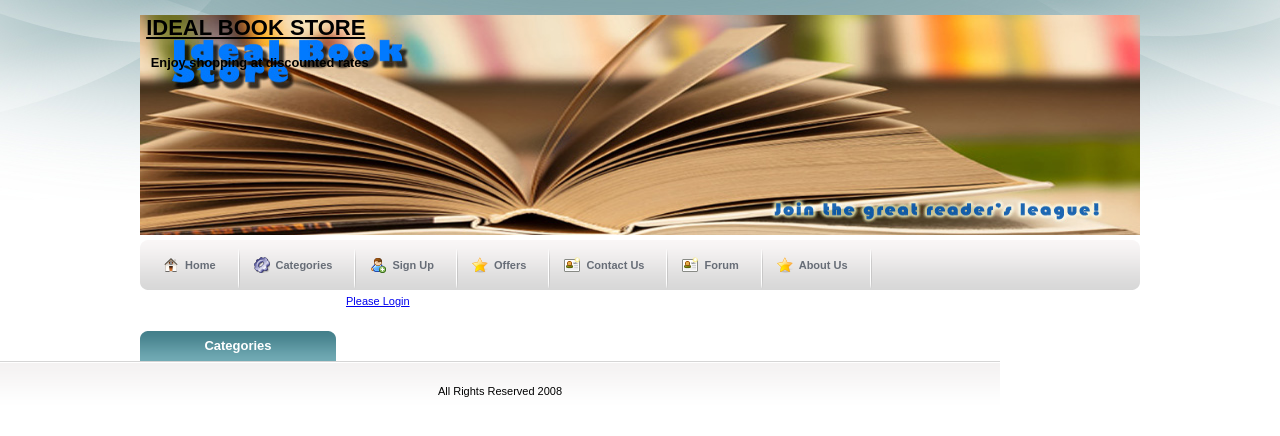
Repository: tusharjain887/Online-Book-Sales
Page: http://localhost/OnlineBook/create_thread.jsp
These files come from the project's save history. The page is drawn as it stood at one moment and after the next save; the edit follows.
The browser window is 1280 px wide. The pictures show the whole page.
The page is served by Tomcat 9. Queries for data that is not in the repository find no rows.

Above is the page before, as saved 2013-04-09 10:23:09.

### PROJECT/workspace/workspace/OnlineBook/WebContent/create_thread.jsp
<%@ page import="java.sql.*"%>
<%@ page import="java.io.*"%>
<%@ page import="java.util.*"%>
<%@ page import="java.lang.*"%>
<!DOCTYPE html PUBLIC "-//W3C//DTD XHTML 1.0 Transitional//EN" "http://www.w3.org/TR/xhtml1/DTD/xhtml1-transitional.dtd">
<html xmlns="http://www.w3.org/1999/xhtml">
<head>
<title>Categories</title>
<meta http-equiv="Content-Type" content="text/html; charset=windows-1252" />
<link rel="stylesheet" type="text/css" href="style.css" />
<!--[if IE 6]>
<link rel="stylesheet" type="text/css" href="iecss.css" />
<![endif]-->
<script type="text/javascript" src="js/boxOver.js"></script>
</head>
<body>
<div id="main_container">

  <div id="header">
  <div class="logout">
 <%  Object c=session.getAttribute("username");
if(c!=null)
	{
	out.print("Welcome  " +session.getAttribute("username").toString());
	%>
	&nbsp<a href='myprofile.jsp'>Profile</a>
	&nbsp<a href='logout.jsp'>Logout</a>
	<%
	}
	%>
	</div>
	<div class="leftcontent"><h1>&nbsp<u>IDEAL BOOK STORE</u></h1></div>
    <div class="leftdowncontent"><h3>&nbsp&nbsp&nbspEnjoy shopping at discounted rates</h3></div>

  </div>

  <div id="main_content">
    <div id="menu_tab">
      <div class="left_menu_corner"></div>
      <ul class="menu">
        <li><a href="index.jsp" class="nav1"> Home</a></li>
        <li class="divider"></li>
        <li><a href="categories.jsp" class="nav2">Categories</a></li>
        <li class="divider"></li>
        <%
        if(c==null)
        {
        %><li><a href="registration.html" class="nav4">Sign Up</a></li>
        <li class="divider"></li>
        <%
        }
        %>
        <li><a href="news.jsp" class="nav3">Offers</a></li>
        <li class="divider"></li>
        <li><a href="contact.jsp" class="nav6">Contact Us</a></li>
        <li class="divider"></li>
        <li><a href="forum.jsp" class="nav6">Forum</a></li>
        <li class="divider"></li>
        <li><a href="aboutus.jsp" class="nav3">About Us</a></li>
        <li class="divider"></li>

      </ul>
      <div class="right_menu_corner"></div>
    </div>
    <!-- end of menu tab -->
    <div class="left_content">
     <br><br><br>
      <div class="title_box">Categories</div>
      <ul class="left_menu">
      <%
      try{
    	  Class.forName("com.ibm.db2.jcc.DB2Driver").newInstance();
	Connection Conn8=DriverManager.getConnection("jdbc:db2://localhost:50000/BOOKS","Rakesh","Rakesh");
	PreparedStatement ps8=Conn8.prepareStatement("SELECT CAT_ID,CAT_NAME FROM CATEGORY");
	ResultSet rs8=ps8.executeQuery();
	while(rs8.next())
    {
		String name=rs8.getString(2);
 	%>
        <li class="even"><%out.println("<a href='viewcategory.jsp?cat_id="+rs8.getString(1)+"'>"+name+"</a>");%></li>
        <%
        }
        %>
      </ul>
      <%
      PreparedStatement ps9=Conn8.prepareStatement("SELECT IMAGEURL FROM ADVERTISEMENT ORDER BY AD_ID DESC LIMIT 0,3");
	ResultSet rs9=ps9.executeQuery();
	while(rs9.next())
    {
		%>
      <div class="banner_adds"><br><br><br> <%out.println("<img src='C:/Uploaded Images/"+rs9.getString(1)+"'></img>");%> </div>
      <%
      }
	ps8.close();
	ps9.close();
	Conn8.close();
      }
      catch(Exception ex){
  	    out.println(ex);
  	}
      %>
    </div>
      </div>


    <!-- end of left content -->
    <div class="center_content">
    <%
        if(c!=null)
        {
        %>
      <div class="center_title_bar">Create Thread</div>
<table width="600" border="0" align="center" cellpadding="0" cellspacing="1" bgcolor="#CCCCCC">
<tr>
<form id="form1" name="form1" method="post" action="add_thread.jsp" onsubmit="return validateForm()">
<td>
<table width="100%" border="0" cellpadding="3" cellspacing="1" bgcolor="#FFFFFF">
<tr>
<td colspan="3" bgcolor="#E6E6E6"><strong>Create New Thread</strong> </td>
</tr>
<tr>
<td width="14%"><strong>Name</strong></td>
<td width="2%">:</td>
<td width="84%"><br><br><textarea name="threadname" cols="50" rows="3" id="topic"></textarea><br><br></td>
</tr>
<tr>
<td></td>
<td></td>
<td><input type="submit" name="Submit" value="Submit" /> <input type="reset" name="Submit2" value="Reset" /></td>
</tr>
</table>
</td>
</form>
</tr>
</table>
<%
      }
      else
       out.println("<a href='index.jsp'>Please Login</a>");
       %>
    </div>
    <!-- end of center content -->
    <div class="right_content">
     <br><br>
     <%
    if(c!=null)
    {
    	%>
    	<div class="shopping_cart">
        <div class="cart_title">Shopping cart</div>
        <%
        try{
        	Class.forName("com.ibm.db2.jcc.DB2Driver").newInstance();
            Connection Conn1=DriverManager.getConnection("jdbc:db2://localhost:50000/BOOKS","Rakesh","Rakesh");
            Connection Conn2=DriverManager.getConnection("jdbc:db2://localhost:50000/BOOKS","Rakesh","Rakesh");
        PreparedStatement ps1=Conn1.prepareStatement("SELECT sum(s.quantity)FROM TEMP s");
        PreparedStatement ps2=Conn2.prepareStatement("SELECT sum(s.quantity * s.cost)FROM TEMP s");
        ResultSet rs1=ps1.executeQuery();
        ResultSet rs2=ps2.executeQuery();
        while(rs1.next())
        {
        	String value=rs1.getString(1);
        	if(value==null)
        	{value="0";}
    		%>
        <div class="cart_details"><%out.println(value);%> items <br />
      <%
    }
        while(rs2.next())
        {
    		String value=rs2.getString(1);
        	if(value==null)
        	{value="0";}
    		%>
          <span class="border_cart"></span> Total: <span class="price"><%out.println(value);%></span> </div>
      <%
    }
	ps1.close();
	Conn1.close();
	ps2.close();
	Conn2.close();
	}
	catch(Exception ex){
	    out.println(ex);
	}

      %>



        <div class="cart_icon"><a href="view_cart.jsp" title="header=[Checkout] body=[&nbsp;] fade=[on]"><img src="images/shoppingcart.png" alt="" width="48" height="48" border="0" /></a></div>
        </div>
     <%
     }
     %>
     <br><br>
     <center>

        <%
        Connection Conn10=DriverManager.getConnection("jdbc:db2://localhost:50000/BOOKS","Rakesh","Rakesh");
      PreparedStatement ps10=Conn10.prepareStatement("SELECT IMAGEURL FROM ADVERTISEMENT ORDER BY AD_ID DESC LIMIT 3,6");
	ResultSet rs10=ps10.executeQuery();
	while(rs10.next())
    {
		%>
      <div class="banner_adds"><br><br><br> <%out.println("<img src='C:/Uploaded Images/"+rs10.getString(1)+"'></img>");%> </div>
      <%
      }
	ps10.close();
	Conn10.close();
      %>
    </div>
    <!-- end of right content -->
  </div>
  <!-- end of main content -->
  <div class="footer">
    <br><br>
    <center> All Rights Reserved 2008</center>
      </div>

<!-- end of main_container -->
</body>
</html>

### PROJECT/workspace/workspace/OnlineBook/WebContent/style.css
body
{
background:url(images/bg.jpg) no-repeat #fff center top;
padding:0;
font-family:Arial, Helvetica, sans-serif;
font-size:11px;
margin:0px auto auto auto;
color:#000;
}
p{
padding:2px;
margin:0px;
}
#main_container{
width:1000px;
height:auto;
margin:auto;
padding:0px;
}
.top_bar{
width:1000px;
height:38px;
background-color:#4a4a4a;
}
.top_search{
width:370px;
height:32px;
margin:0px 20px 0 0;
_margin:0px 10px 0 0;
float:right;
background:url(images/top_search_bg.gif) no-repeat center;
}
input.search_input{
width:182px;
height:18px;
float:left;
margin:5px 0 0 0 ;
border:1px solid #dbdbdb;
border-bottom-color:#ffffff;
border-right-color:#ffffff;
}
.search_text{
float:left;
width:110px;
padding:8px 0 0 15px;
color:#999999;
}
.search_text a{
text-decoration:none;
color:#999999;
}
.search_bt{
float:left;
padding:2px 0 0 15px;
}
.languages{
float:right;
width:150px;
padding:8px 0 0 0;
}
.lang_text{
float:left;
padding:0 5px 0 0;
color:#b3adad;
}
a.lang{
display:block;
float:left;
padding:0 5px 0 5px;
}
#header{
width:1000px;
height:220px;
background:url(images/book4.jpg) no-repeat center;
background-position:0px 0px;
background-size:1000px 220px;
margin=0;
}
.logout{
	float:right;
	font-size:14px;
	color: green;
	font-weight: bold;
}
.logout a,.logout a:hover {
	color: B13052;
}

}
#logo{
padding:15px;
}
#templatemo_header {
	clear: both;
	width: 1000px;
	height: 200px;
	padding: 0;
	margin: 0;
	background: url(images/templatemo_header_bg.jpg) no-repeat;
}

#templatemo_header a,a:hover {
	color: #000;
}

#templatemo_header #templatemo_special_offers {
	float: left;
	font-size: 14px;
	margin-top: 95px;
	margin-left: 490px;
	width: 180px;
}

#templatemo_special_offers a {
	font-size: 12px;
}

#templatemo_special_offers  p {
	margin: 0 0 20px 0;
}
#templatemo_special_offers p span {
	font-size: 18px;
}

#templatemo_header #templatemo_new_books {
	float: left;
	margin-top: 90px;
	margin-left: 55px;
	width: 180px;
}

#templatemo_new_books ul {
	 margin: 0 0 10px 0;
	 padding: 0 0 0 20px;
}

#templatemo_new_books li {
	 margin: 0;
	 padding: 0;
}

/*------------------------------oferte_content-----------------------*/
.oferte_content{
width:600px;
height:264px;
float:left;
padding:0 0 0 50px;
}
.top_divider{
float:left;
width:1px;
height:164px;
}
.oferta{
width:538px;
float:left;
padding:15px 30px 0 30px;
}
.oferta_img{
float:left;
padding:0 0 10px 0;
}
.oferta_title{
font-size:15px;
color:#b72c24;
font-weight:bold;
}
.oferta_details{
width:400px;
float:left;
padding:0 0 0 30px;
}
.oferta_text{
padding:5px 0 5px 0;
font-size:12px;
color:#FFFFFF;
text-align:justify;
line-height:15px;
}
a.details{
width:83px;
height:21px;
display:block;
float:right;
margin:5px 0 0 0;
padding-left:5px;
background:url(images/details_bt_bg.gif) no-repeat center;
text-align:center;
line-height:21px;
text-decoration:none;
color:#000000;
}
/*---------------------oferta_pagination-----------------------------*/

div.oferta_pagination {
clear:both;
padding:10px 0 0 0;
_padding:0px 0 0 0;
margin:5px;
text-align:center;
float:left;
font-size:10px;
}

div.oferta_pagination a {
width:22px;
height:22px;
display:block;
float:left;
margin:0 0 0 5px;
_margin:0 0 0 3px;
line-height:23px;
text-align:center;
background:url(images/pag_bg.gif) no-repeat center;
text-decoration:none;
color:#9d8b8b;
}
div.oferta_pagination a:hover, div.pagination a:active {
width:22px;
height:22px;
display:block;
float:left;
line-height:23px;
text-align:center;
background:url(images/pag_bg_a.gif) no-repeat center;
text-decoration:none;
color:#ad1614;
}
div.oferta_pagination span.current {
width:22px;
height:22px;
display:block;
float:left;
line-height:23px;
text-align:center;
background:url(images/pag_bg_a.gif) no-repeat center;
text-decoration:none;
color:#ad1614;
}
#main_content{
clear:both;
}
/*---------------- menu tab----------------------*/
#menu_tab{
width:1000px;
height:50px;
background-color:#fff;
margin-top:5px;
}
.left_menu_corner{
width:9px;
height:50px;
float:left;
background:url(images/menu_left.gif) no-repeat center;
}
.right_menu_corner{
width:9px;
height:50px;
float:left;
background:url(images/menu_right.gif) no-repeat center;
}
ul.menu {
list-style-type:none; float:left; display:block; width:982px;
margin:0px; padding:0px;background:url(images/menu_bg.gif) repeat-x;}

ul.menu li {
display:inline;
font-size:11px;
font-weight:bold;
line-height:50px;
}
ul.menu li.divider {
display:inline;
width:2px;
height:50px;
float:left;
background:url(images/menu_divider.gif) no-repeat center;
}

a.nav1:link, a.nav1:visited {
display:block; float:left; padding:0px 8px 0px 22px; margin:0 14px 0 14px;height:50px;text-decoration:none; background:url(images/home.png) no-repeat left; color:#676d77;}
a.nav2:link, a.nav2:visited {
display:block; float:left; padding:0px 8px 0px 22px; margin:0 14px 0 14px;height:50px;text-decoration:none; background:url(images/services.png) no-repeat left; color:#676d77;}
a.nav3:link, a.nav3:visited {
display:block; float:left; padding:0px 8px 0px 22px; margin:0 14px 0 14px;height:50px;text-decoration:none; background:url(images/favs.png) no-repeat left; color:#676d77;}
a.nav4:link, a.nav4:visited {
display:block; float:left; padding:0px 8px 0px 22px; margin:0 14px 0 14px;height:50px;text-decoration:none; background:url(images/user_add.png) no-repeat left; color:#676d77;}
a.nav5:link, a.nav5:visited {
display:block; float:left; padding:0px 8px 0px 22px; margin:0 14px 0 14px;height:50px;text-decoration:none; background:url(images/car.png) no-repeat left; color:#676d77;}
a.nav6:link, a.nav6:visited {
display:block; float:left; padding:0px 8px 0px 22px; margin:0 14px 0 14px;height:50px;text-decoration:none; background:url(images/contact-new.png) no-repeat left; color:#676d77;}

a.nav1:hover, a.nav2:hover, a.nav3:hover, a.nav4:hover, a.nav5:hover, a.nav6:hover {
color:#333333;}


li.currencies{
width:180px;
float:left;
padding:0 0 0 15px;
_padding:12px 0 0 15px;
color:#676d77;
font-size:11px;
font-weight:bold;
}
/*----------------crumb_navigation-------------*/
.crumb_navigation{
width:980px;
height:15px;
padding:5px 10px 0 20px;
color:#333333;
background:url(images/navbullet.png) no-repeat left;
background-position:5px 6px;
}
.crumb_navigation a{
color:#0fa0dd;
text-decoration:underline;
}
span.current{
color:#0fa0dd;
}

/*-------------left_content------------------*/
.left_content{
width:196px;
float:left;
}
.title_box{
width:196px;
height:30px;
margin:5px 0 0 0;
background:url(images/menu_title_bg.gif) no-repeat center;
text-align:center;
font-size:13px;
font-weight:bold;
color:#fff;
line-height:30px;
}
/*--------left menu---------*/
ul.left_menu{
width:196px;
padding:0px;
margin:0px;
list-style:none;
}
ul.left_menu li{
margin:0px;
list-style:none;
}
ul.left_menu li.odd a{
width:166px;height:25px;display:block;background:url(images/checked.png) no-repeat left #dad0d0; background-position:5px 5px;border-bottom:1px #FFFFFF solid;
text-decoration:none;color:#504b4b;padding:0 0 0 30px; line-height:25px;
}
ul.left_menu li.even a{
width:166px;height:25px;display:block;background:url(images/checked.png) no-repeat left #eee6e6;background-position:5px 5px;border-bottom:1px #FFFFFF solid;
text-decoration:none;color:#504b4b;padding:0 0 0 30px; line-height:25px;
}
ul.left_menu li.even a:hover, ul.left_menu li.odd a:hover{
background:url(images/checked.png) no-repeat left #7bbcc7; color:#FFFFFF;background-position:5px 5px;
}

.border_box{
width:194px;
height:auto;
text-align:center;
border:1px #6da6b1 solid;
}
.product_title{
color:#ea2222;
padding:5px 0 5px 0;
font-weight:bold;
}
.product_title a{
text-decoration:none;
color:#ea2222;
padding:5px 0 5px 0;
font-weight:bold;
}
.product_title a:hover{
color:#064E5A;
}
.product_img{
padding:5px 0 5px 0;
}
.prod_price{
padding:5px 0 5px 0;
}
span.reduce{
color:#ea2222;
text-decoration:line-through;
}
span.price{
color:#ea2222;
}
/*----------newsletter--------------*/
input.newsletter_input{
width:160px;
height:16px;
border:1px #ddd9d9 solid;
margin:10px 0 5px 0;
font-size:12px;
padding:3px;
color:#999999;
}
a.join{
width:17px;
display:block;
margin:5px 0 5px 140px;
_margin:5px 0 5px 130px;
background:url(images/blue-add.png) no-repeat left;
padding:0 0 0 20px;
text-decoration:none;
color:#1c4a52;
}
.banner_adds{
width:194px;
text-align:center;
padding:10px 0 10px 0;
}

/*center content--------------------------*/
.center_content{
width:585px;
float:left;
padding:5px 10px;
}
.center_title_bar{
width:520px;
height:33px;
float:left;
padding:0 0 0 40px;
margin:0 0 0 12px;
_margin:0 0 0 6px;
line-height:33px;
font-size:12px;
color:#847676;
font-weight:bold;
background:url(images/bar_bg.gif) no-repeat center;
}

/*----------------------right content--------------*/
.right_content{
width:196px;
float:left;
padding:5px 0 0 0;
}
.shopping_cart{
width:195px;
height:84px;
text-align:center;
background:url(images/cart_bg.gif) no-repeat center;
}
.cart_title{
font-size:12px;
font-size:12px;
color:#847676;
font-weight:bold;
padding:8px 0 0 0;
}
.cart_details{
width:115px;
float:left;
padding:5px 0 0 15px;
text-align:left;
}
.cart_icon{
float:left;
padding:5px 0 0 5px;
}
span.border_cart{
width:100px;
height:1px;
margin:3px 0 3px 0;
display:block;
border-top:1px #999999 dashed;
}
/*---------prod_box----------*/
.prod_box{
width:173px;
height:auto;
float:left;
padding:10px 10px 10px 11px;
}
.top_prod_box{
width:173px;height:12px;background:url(images/product_box_top.gif) no-repeat center bottom;float:left; padding:0px; margin:0px;
}
.bottom_prod_box{
width:173px;height:10px;background:url(images/product_box_bottom.gif) no-repeat center top;float:left;padding:0px; margin:0px;
}
.center_prod_box{
width:173px;height: auto;background:url(images/product_box_center.gif) repeat-y;float:left; text-align:center;padding:0px; margin:0px;
}
.prod_details_tab{
width:173px;
height:31px;
float:left;
background:url(images/products_details_bg.gif) no-repeat center;
margin:3px 0 0 0;
}
img.left_bt{
float:left;
padding:6px 0 0 6px;
}
a.prod_details{
width:25px;
display:block;
float:left;
background:url(images/square-blue-add.gif) no-repeat left;
padding:0 0 0 20px;
margin:7px 0 0 38px;
_margin:6px 0 0 35px;
text-decoration:none;
color:#0fa0dd;
}
/*---------prod_box_big----------*/
.prod_box_big{
width:554px;
height:auto;
float:left;
padding:10px 10px 10px 15px;
}
.top_prod_box_big{
width:554px;height:12px;background:url(images/details_box_top.gif) no-repeat center bottom;float:left; padding:0px; margin:0px;
}
.bottom_prod_box_big{
width:554px;height:12px;background:url(images/details_box_bottom.gif) no-repeat center top;float:left;padding:0px; margin:0px;
}
.center_prod_box_big{
width:554px;height: auto;background:url(images/details_box_center.gif) repeat-y;float:left; text-align:center;padding:0px; margin:0px;
}
.product_img_big{
width:170px;
padding:5px 0 5px 10px;
float:left;
}
.details_big_box{
width:345px;
float:left;
padding:0 0 0 15px;
text-align:left;
}
.product_title_big{
color:#ea2222;
padding:5px 0 5px 0;
font-weight:bold;
font-size:14px;
}
.specifications{
font-size:12px;
font-weight:bold;
line-height:18px;
}
.thumbs{
padding:8px 5px 8px 5px;
border:1px #DFD1D1 solid;
margin:3px 0 0 0;
}
.thumbs a{
padding:3px;
}
.prod_price_big{
padding:5px 0 5px 0;
font-size:16px;
}
span.reduce{
color:#ea2222;

}
span.price{
color:#ea2222;
}
a.addtocart{
width:76px;
height:27px;
display:block;
float:left;
background:url(images/addtocart.gif) no-repeat left;
padding:0 0 0 33px;
text-decoration:none;
line-height:27px;
color:#1c4a52;
}
a.compare{
width:76px;
height:27px;
display:block;
float:left;
margin:0 0 0 10px;
background:url(images/compare.gif) no-repeat left;
padding:0 0 0 33px;
text-decoration:none;
line-height:27px;
color:#1c4a52;
}
span.blue{
color:#5F9FAB;
}
/*---------------contact_form------------------*/
.contact_form{
width:355px;
float:left;
padding:0px 0 0 75px;
}
.form_row{
width:335px;
clear:both;
padding:10px 0 10px 0;
_padding:5px 0 5px 0;
color:#a53d17;
}
label.contact{
width:75px;
float:left;
font-size:12px;
text-align:right;
padding:4px 5px 0 0;
color: #333333;
}
input.contact_input{
width:253px;
height:18px;
background-color:#fff;
color:#999999;
border:1px #DFDFDF solid;
float:left;
}
textarea.contact_textarea{
width:253px;
height:50px;
font-family:Arial, Helvetica, sans-serif;
font-size:12px;
color: #999999;
background-color:#fff;
border:1px #DFDFDF solid;
float:left;
}
a.contact{
width:99px;
height:27px;
display:block;
float:right;
margin:0 0 0 10px;
background:url(images/contact_bt.gif) no-repeat left;
padding:0 0 0 10px;
text-decoration:none;
line-height:27px;
color:#1c4a52;
}
/*--------------footer----------------*/
.footer{
width:1000px;
clear:both;
height:65px;
background:url(images/footer_bg.gif) repeat-x top;
}
.left_footer{
float:left;
width:300px;
padding:5px 0 0 10px;
}
.right_footer{
float:right;
padding:15px 30px 0 0;
}
.right_footer a{
padding:0 0 0 7px;
text-decoration:none;
color: #666666;
}
.right_footer a:hover{
text-decoration:underline;
}

.center_footer{
float:left;
width:200px;
text-align:center;
color:#666666;
padding:10px 0 0 60px;
}

Loaded but not shown: PROJECT/workspace/workspace/OnlineBook/WebContent/js/boxOver.js (369 lines, source omitted)

After the next save:
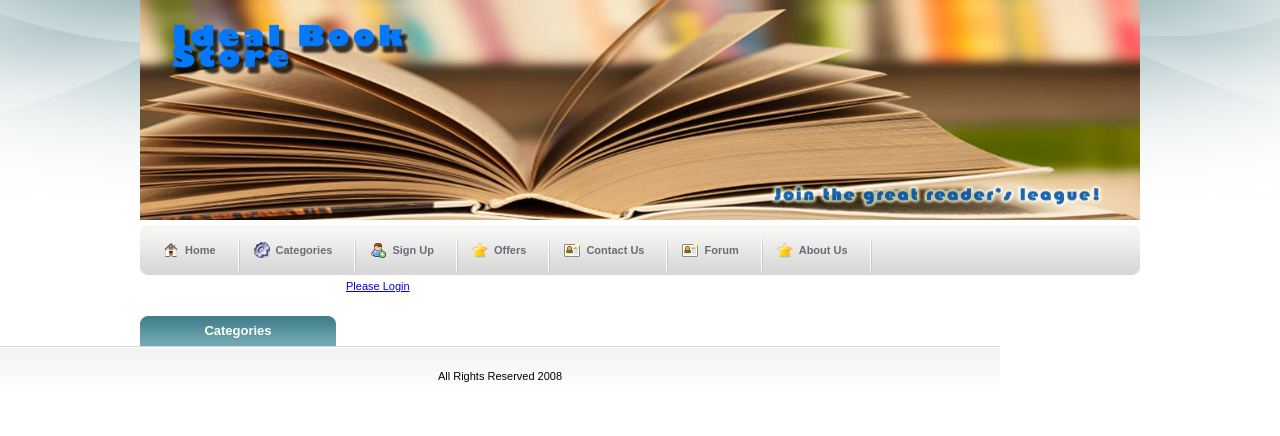
Saved 20 s later.
--- a/PROJECT/workspace/workspace/OnlineBook/WebContent/create_thread.jsp
+++ b/PROJECT/workspace/workspace/OnlineBook/WebContent/create_thread.jsp
@@ -5,7 +5,7 @@
 <!DOCTYPE html PUBLIC "-//W3C//DTD XHTML 1.0 Transitional//EN" "http://www.w3.org/TR/xhtml1/DTD/xhtml1-transitional.dtd">
 <html xmlns="http://www.w3.org/1999/xhtml">
 <head>
-<title>Categories</title>
+<title>Create Thread</title>
 <meta http-equiv="Content-Type" content="text/html; charset=windows-1252" />
 <link rel="stylesheet" type="text/css" href="style.css" />
 <!--[if IE 6]>
@@ -29,8 +29,6 @@ if(c!=null)
 	}
 	%>
 	</div>
-	<div class="leftcontent"><h1>&nbsp<u>IDEAL BOOK STORE</u></h1></div>
-    <div class="leftdowncontent"><h3>&nbsp&nbsp&nbspEnjoy shopping at discounted rates</h3></div>
 
   </div>
 
